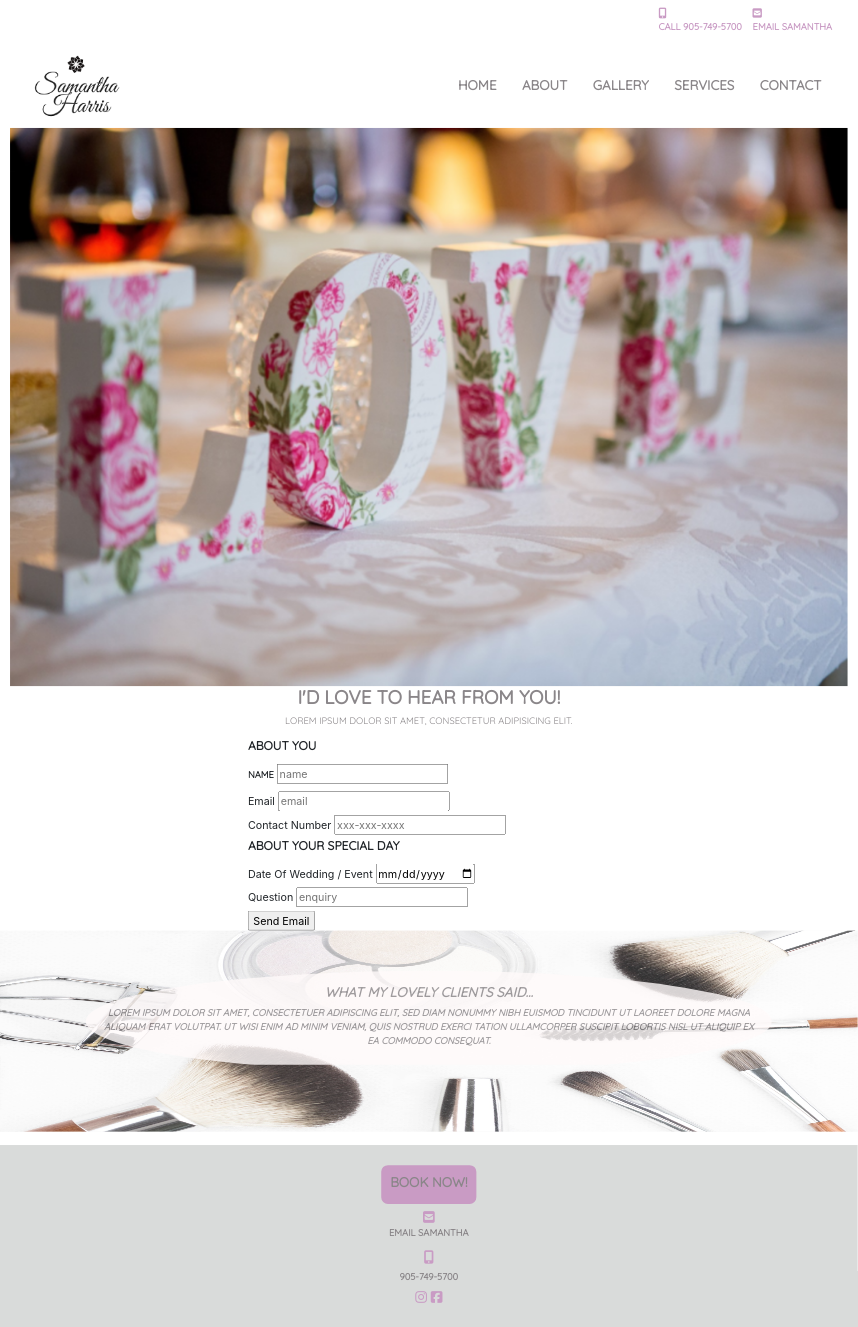
Repository: JayneyNix/milestone-1-UCFD
Page: contact.html
The author's editor kept a record of every edit. The page is drawn from the files as they stood at one moment, then again after the next edit.
The browser window is 1280 px wide. The pictures show the whole page, at 67% of full size.
Some web libraries are served in a nearby version.

Above is the page before.

After the next edit:
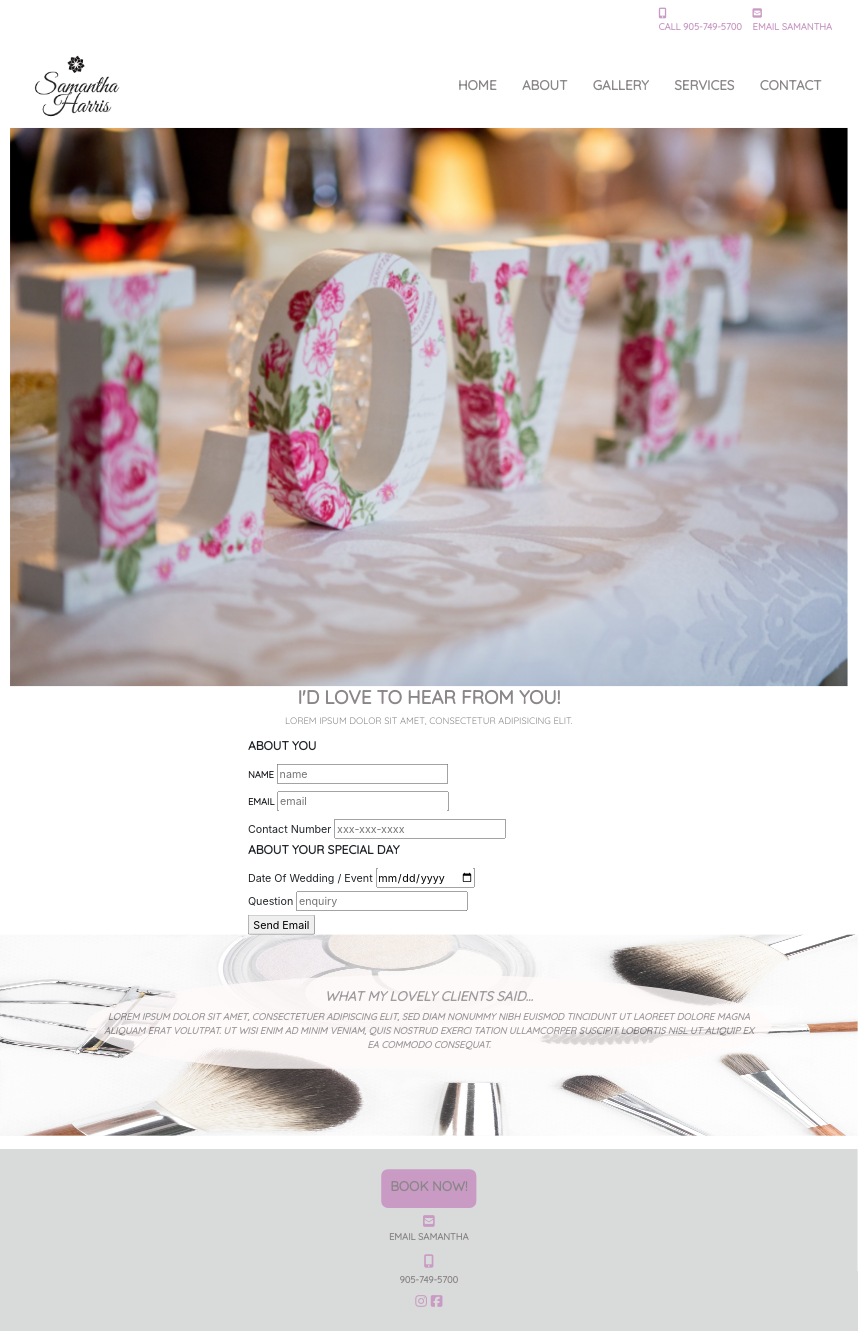
The edit:
--- a/contact.html
+++ b/contact.html
@@ -94,7 +94,7 @@
             <label for="name"><h5 class="h5 headings">Name</h5></label>
             <input type="text" id="name" placeholder="name" name="Name"><br>
 
-            <label for="email">Email</label>
+            <label for="email"><h5 class="h5 headings">Email</h5></label>
             <input type="email" id="email" placeholder="email" name="Email required"><br>
 
             <label for="number">Contact Number</label>
